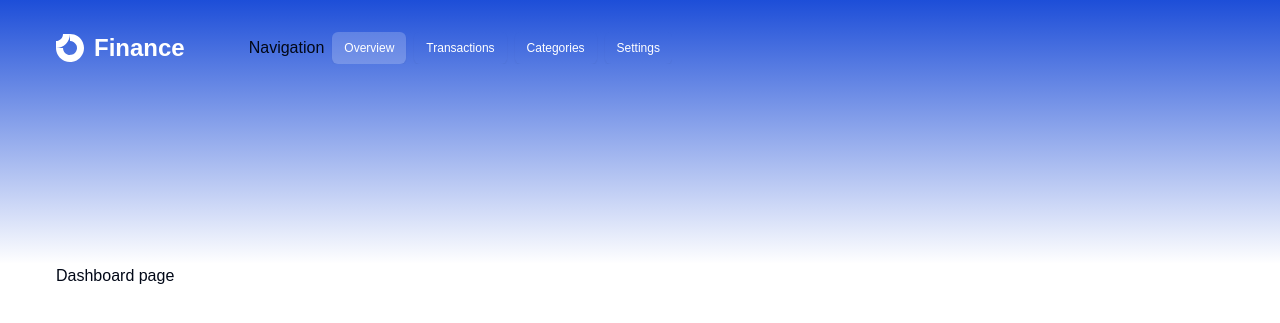
Repository: manucavallera/App-finanzas
Page: /
These files come from the project's save history. The page is drawn as it stood at one moment and after the next save; the edit follows.
The browser window is 1280 px wide. The pictures show the whole page.
The page's requests for data from a server got no answer. The project was rebuilt for these pictures with package versions that can differ from the ones it lists, and the page was loaded fresh each time. Some packages were replaced by stand-ins written for this rebuild. The framework's server and built-in components were replaced by stand-ins that run in the browser. No one was signed in, and anything a server would have sent is missing. Also part of the build but not shown: next.config.ts.

Above is the page before, as saved 2025-02-25 19:14:26.

After the next save:
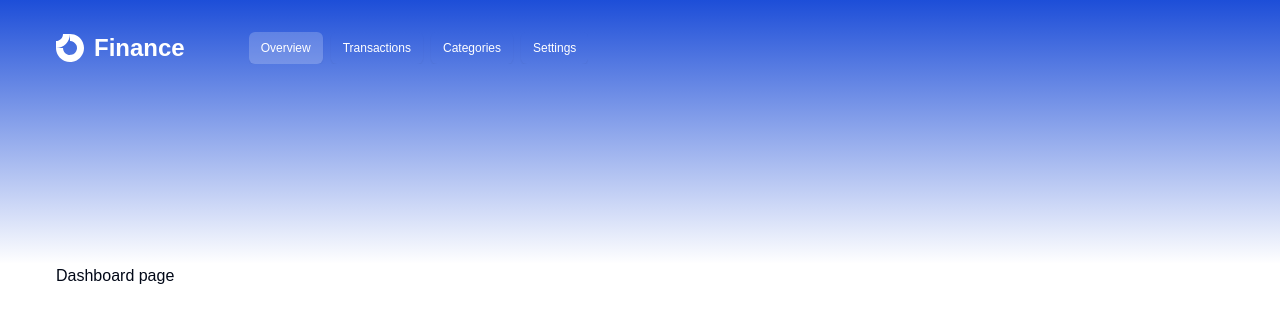
Saved 33 s later.
--- a/components/navigation.tsx
+++ b/components/navigation.tsx
@@ -26,7 +26,6 @@ export const Navigation = () => {
   const pathname = usePathname();
   return (
     <nav className='hidden lg:flex items-center gap-x-2 overflow-x-auto'>
-      Navigation
       {routes.map((route) => (
         <NavButton
           key={route.href}
